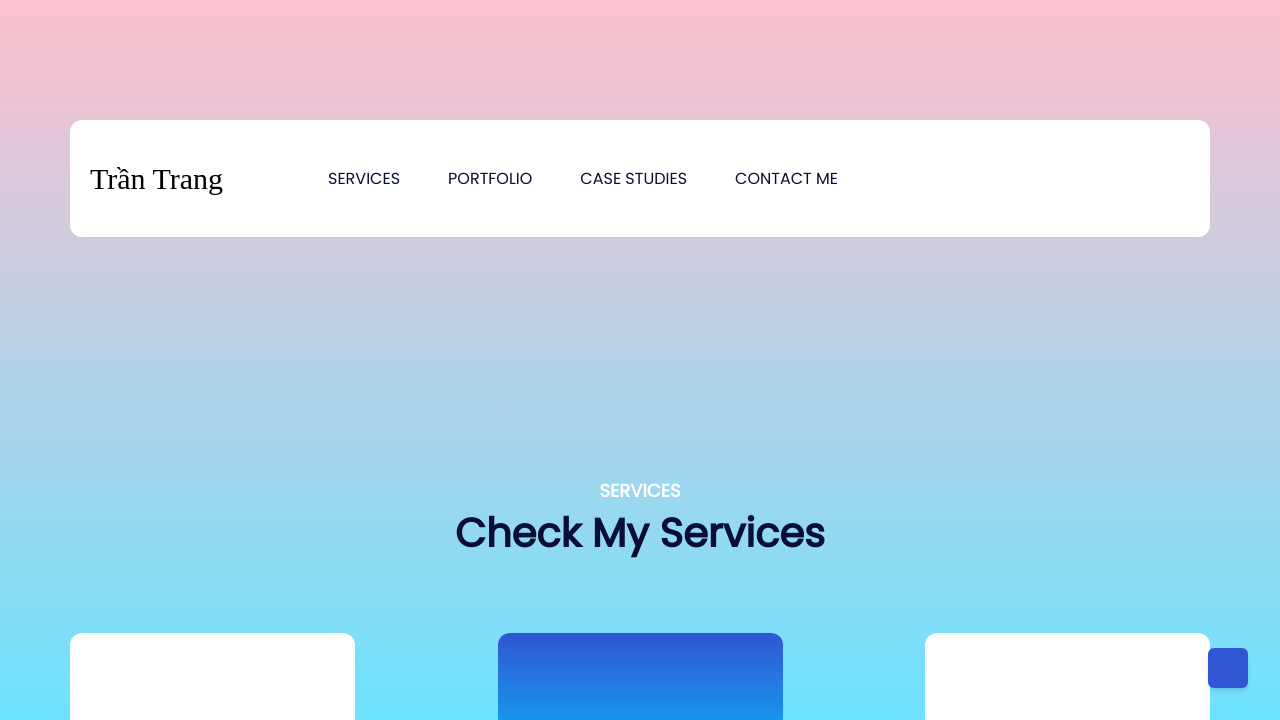
Repository: trantrang2101/CV
Page: index.html
These files come from the project's save history. The page is drawn as it stood at one moment and after the next save; the edit follows.
The browser window is 1280 px wide. The pictures show the whole page.
An inner scrolling area shows only its first screen. Some web fonts or font styles are not loaded; a fallback is used.

Above is the page before, as saved 2022-07-13 19:23:03.
Console error: TypeError: Cannot read properties of null (reading 'offsetTop')

After the next save:
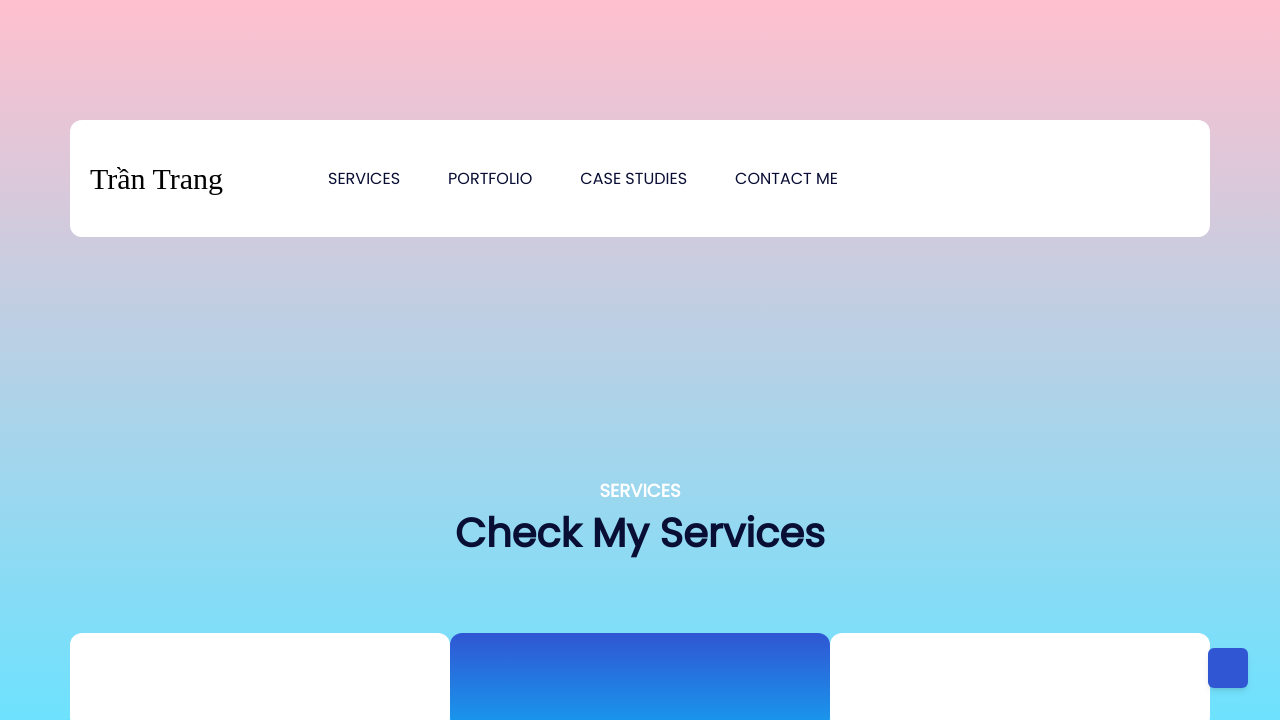
Saved 74 s later.
--- a/index.html
+++ b/index.html
@@ -33,7 +33,7 @@
                     <div class="flex justify-between items-center w-full">
                         <div>
                             <button id="navbarToggler"
-                                class="block absolute mx-4 right-4 top-1/3 -translate-y-1/3 lg:hidden focus:ring-2 ring-primary px-3 py-[6px] rounded-lg">
+                                class="block absolute mx-4 right-4 top-1/2 -translate-y-1/2 lg:hidden focus:ring-2 ring-primary px-3 py-[6px] rounded-lg">
                                 <span class="relative w-[30px] h-[2px] my-[6px] block bg-dark"></span>
                                 <span class="relative w-[30px] h-[2px] my-[6px] block bg-dark"></span>
                                 <span class="relative w-[30px] h-[2px] my-[6px] block bg-dark"></span>
@@ -88,20 +88,20 @@
                 </div>
             </div>
 
-            <div class="flex flex-wrap justify-between items-center justify-center">
-                <div class="w-full md:w-1/3 lg:w-1/4">
+            <div class="flex flex-wrap items-center justify-center">
+                <div class="w-full md:w-1/2 lg:w-1/3">
                     <div class="bg-white rounded-xl relative z-10 overflow-hidden border border-primary border-opacity-20 shadow-pricing py-10 px-8 sm:p-12 lg:py-10 lg:px-6 xl:p-12 mb-10 text-center wow fadeInUp"
                         data-wow-delay=".15s" style="visibility: visible; animation-delay: 0.15s">
 
                     </div>
                 </div>
-                <div class="w-full md:w-1/3 lg:w-1/4">
+                <div class="w-full md:w-1/2 lg:w-1/3">
                     <div class="bg-primary bg-gradient-to-b from-primary to-[#179BEE] rounded-xl relative z-10 overflow-hidden shadow-pricing py-10 px-8 sm:p-12 lg:py-10 lg:px-6 xl:p-12 mb-10 text-center wow fadeInUp"
                         data-wow-delay=".1s" style="visibility: visible; animation-delay: 0.1s">
 
                     </div>
                 </div>
-                <div class="w-full md:w-1/3 lg:w-1/4">
+                <div class="w-full md:w-1/2 lg:w-1/3">
                     <div class="bg-white rounded-xl relative z-10 overflow-hidden border border-primary border-opacity-20 shadow-pricing py-10 px-8 sm:p-12 lg:py-10 lg:px-6 xl:p-12 mb-10 text-center wow fadeInUp"
                         data-wow-delay=".15s" style="visibility: visible; animation-delay: 0.15s">
 
